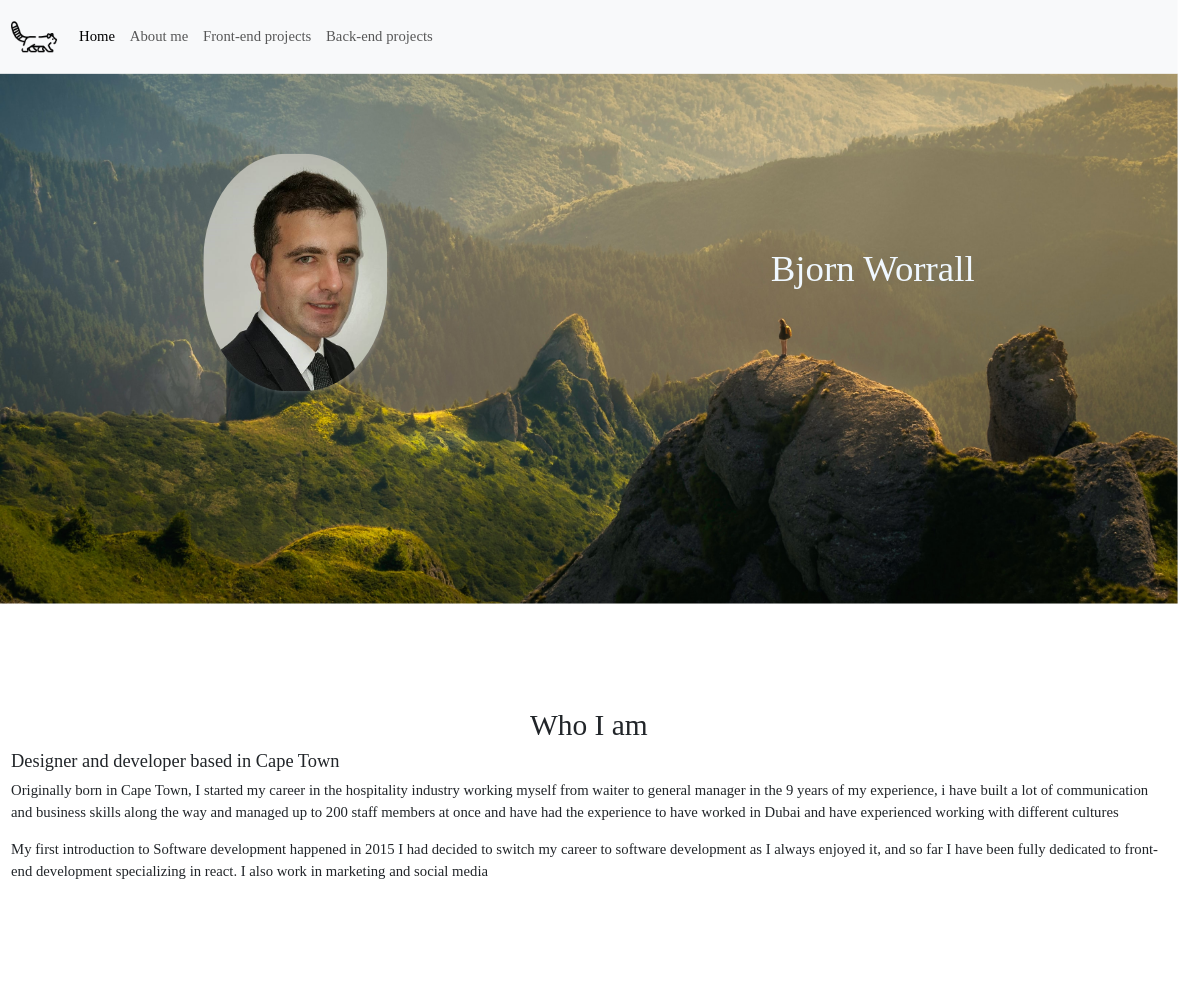
Repository: lasity34/portfolio
Page: index.html
An editor plug-in stored every save of this project. The page is shown before and after the next save, followed by the edit.
The browser window is 1280 px wide. The pictures show the whole page, at 92% of full size.
Backgrounds fixed to the window are drawn as part of the page. Some web fonts or font styles are not loaded; a fallback is used.

Above is the page before, as saved 2023-03-13 16:16:22.

### index.html
<!DOCTYPE html>
<html lang="en">
  <head>
    <meta charset="UTF-8" />
    <meta http-equiv="X-UA-Compatible" content="IE=edge" />
    <meta name="viewport" content="width=device-width, initial-scale=1.0" />
    <title>Bjorn Portfolio</title>
    <link rel="preconnect" href="https://fonts.googleapis.com">
<link rel="preconnect" href="https://fonts.gstatic.com" crossorigin>

    <link
      href="https://cdn.jsdelivr.net/npm/bootstrap@5.3.0-alpha1/dist/css/bootstrap.min.css"
      rel="stylesheet"
      integrity="sha384-GLhlTQ8iRABdZLl6O3oVMWSktQOp6b7In1Zl3/Jr59b6EGGoI1aFkw7cmDA6j6gD"
      crossorigin="anonymous"
    />
    <script
      src="https://cdn.jsdelivr.net/npm/bootstrap@5.3.0-alpha1/dist/js/bootstrap.bundle.min.js"
      integrity="sha384-w76AqPfDkMBDXo30jS1Sgez6pr3x5MlQ1ZAGC+nuZB+EYdgRZgiwxhTBTkF7CXvN"
      crossorigin="anonymous"
    ></script>
    <link rel="stylesheet" type="text/css" href="styles.css" />
    <link href="https://fonts.googleapis.com/css2?family=Euphoria+Script&display=swap" rel="stylesheet">
  </head>
  <body>
    <nav class="navbar navbar-expand-lg bg-body-tertiary">
      <div class="container-fluid d-flex justify-content-between">
        <a class="navbar-brand" href="#"
          ><img width="50" height="54" src="./Images/red-panda.png"
        /></a>
        <button
          class="navbar-toggler"
          type="button"
          data-bs-toggle="collapse"
          data-bs-target="#navbarNavAltMarkup"
          aria-controls="navbarNavAltMarkup"
          aria-expanded="false"
          aria-label="Toggle navigation"
        >
          <span class="navbar-toggler-icon"></span>
        </button>
        <div class="collapse navbar-collapse" id="navbarNavAltMarkup">
          <div class="navbar-nav" id="color">
            <a class="nav-link active" aria-current="page" href="#">Home</a>
            <a class="nav-link" href="#about_me">About me</a>
            <a class="nav-link" href="#">Front-end projects</a>
            <a class="nav-link">Back-end projects</a>
          </div>
        </div>
      </div>
    </nav>
    <section class="container-fluid intro_container ">
      <div class="info_container general_container">
        <img src="./Images/profile_pic.jpg" class="img-fluid" />
        <h1>Bjorn Worrall</h1>
      </div>
    </section>
    <section class="container-fluid general_container" id="about_me">
      <div>
        <h2>Who I am</h2>
        <h5>Designer and developer based in Cape Town</h5>
        <p>
          Originally born in Cape Town, I started my career in the hospitality
          industry working myself from waiter to general manager in the 9 years
          of my experience, i have built a lot of communication and business
          skills along the way and managed up to 200 staff members at once and
          have had the experience to have worked in Dubai and have experienced
          working with different cultures
        </p>
        <p>
          My first introduction to Software development happened in 2015 I had
          decided to switch my career to software development as I always
          enjoyed it, and so far I have been fully dedicated to front-end
          development specializing in react. I also work in marketing and social
          media
        </p>
      </div>
    </section>
  </body>
</html>

### styles.css
/* global */

* {
    font-family: 'Euphoria Script', cursive;
}

body, html {
  margin: 0;
}

/* nav  */





/* Intro */

.intro_container {
    background: url(./Images/profile_img.jpg) no-repeat fixed center bottom;
	background-size: cover;
    height: 80vh;
}



.info_container img {
 border-radius: 45%;
 box-shadow: 2px 2px 4px rgba(216, 207, 207, 0.2);
 width: 100px;

}

.info_container h1 {
    color: aliceblue;
    font-size: 2.5rem;
}

.general_container {
    display: flex;
    flex-direction: column;
    align-items: center;
    justify-content: center;
    height: 60vh;

}


@media (min-width: 576px) {
    .general_container {
        flex-direction: row;
        justify-content: space-around;
    }

    .info_container img {

    }
}

@media (min-width: 768px) {
    .info_container img {
        width: 150px;

    }
}

@media (min-width: 1200px) {
    .info_container img {
        width: 200px;
    }
}


/* Description */

#about_me h2 {
    text-align: center;
}

After the next save:
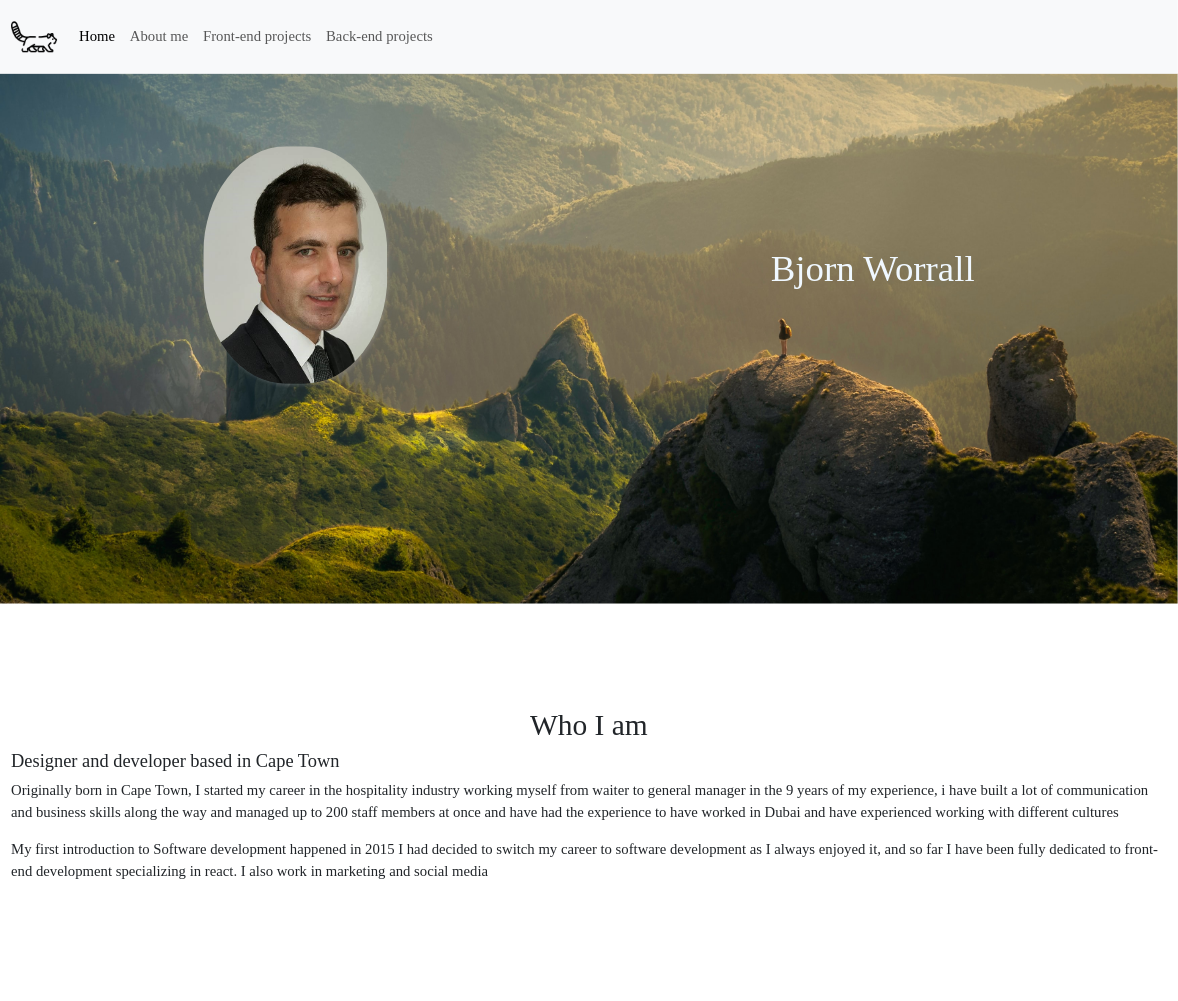
Saved 17 s later.
--- a/styles.css
+++ b/styles.css
@@ -28,7 +28,7 @@ body, html {
  border-radius: 45%;
  box-shadow: 2px 2px 4px rgba(216, 207, 207, 0.2);
  width: 100px;
-
+ margin-bottom: 1em;
 }
 
 .info_container h1 {
